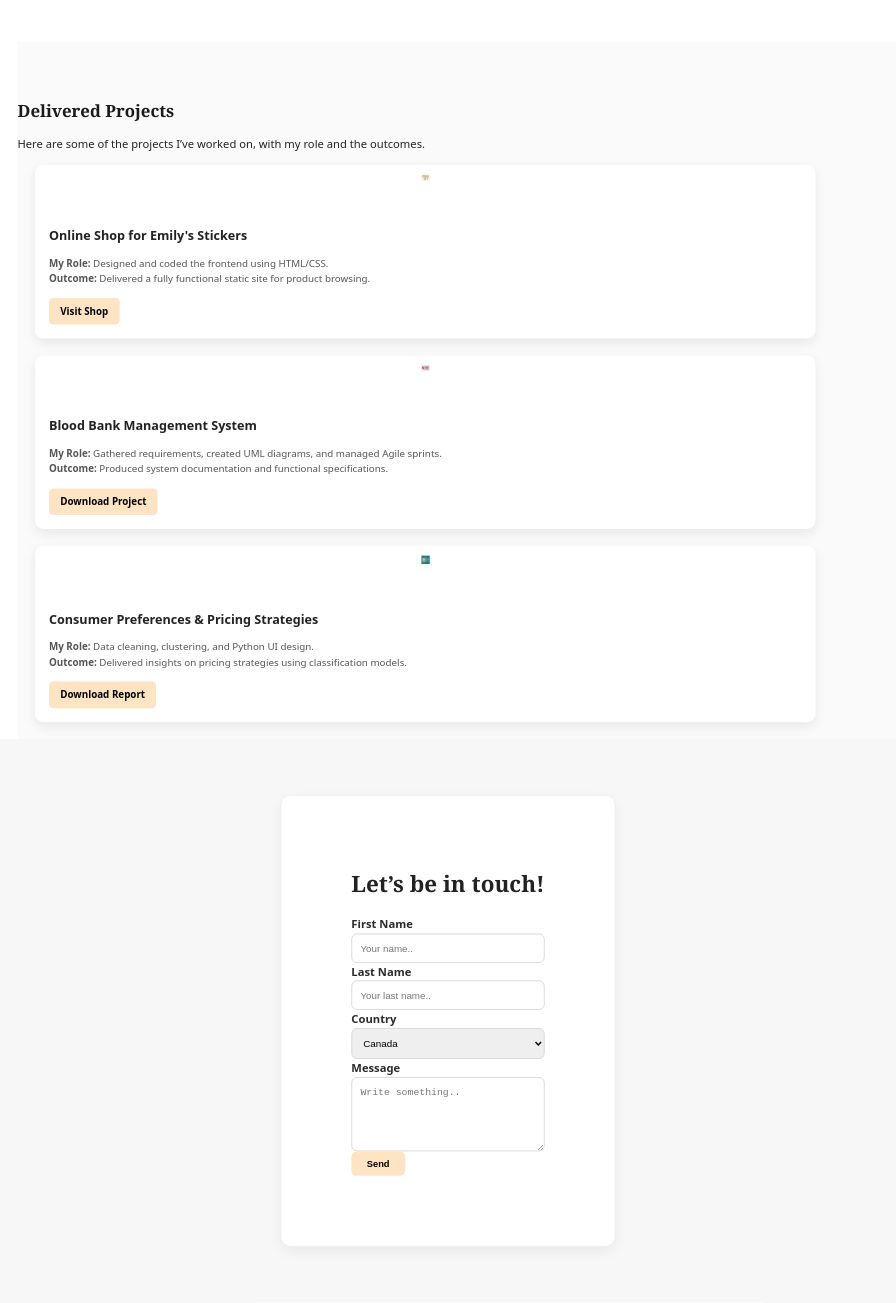
Repository: rozhinasaberi/MyPortfolio
Page: /login (app in client/)
The author's editor kept a copy of each file at every save. The page is drawn from the files as they stood at one save, then again after a run of saves.
The browser window is 1280 px wide. The pictures show the part of the page from y = 3214 to 5134 px (the page is 5075 px tall before and 5308 px after), at 70% of full size.
The project was rebuilt for these pictures with package versions that can differ from the ones it lists, and the page was loaded fresh each time.

Above is the page before, as saved 2025-09-17 06:15:13.

### client/index.html
<!doctype html>
<html lang="en">
  <head>
    <meta charset="UTF-8" />
    <link rel="icon" type="image/svg+xml" href="/vite.svg" />
    <meta name="viewport" content="width=device-width, initial-scale=1.0" />
    <title>Vite + React</title>
  </head>
  <body>
    <div id="root"></div>
    <script type="module" src="/src/main.jsx"></script>
    <script src="https://cdn.jsdelivr.net/npm/bootstrap@5.2.3/dist/js/bootstrap.bundle.min.js" crossorigin="anonymous"></script>

  </body>
</html>

### client/src/main.jsx
import React from "react";
import ReactDOM from "react-dom/client";
import App from "./App.jsx";
import "./midterm1.css"; // ✅ make sure CSS is loaded

ReactDOM.createRoot(document.getElementById("root")).render(
  <React.StrictMode>
    <App />
  </React.StrictMode>
);

### client/src/App.jsx
import React from "react";
import logo from "./assets/logo.png";
import photo from "./assets/photo.jpg";
import "./midterm1.css";
import shop from "./assets/shop.png";
import bloodbank from "./assets/bloodbank.png";
import price from "./assets/price.png";


export default function App() {
  return (
    <>
      {/* ===== Navbar ===== */}
      <header id="header" className="fixed-top">
        <nav className="navbar container">
          {/* Logo */}
          <a href="#home" className="navbar-brand d-flex align-items-center gap-2">
            <img src="src/assets/logo.png" alt="Rojina Logo" style={{ height: 40 }} />
            <span className="brand-text"></span>
          </a>

          <ul className="nav ms-auto">
            <li className="nav-item"><a className="nav-link" href="#home">Home</a></li>
            <li className="nav-item"><a className="nav-link" href="#about">About Me</a></li>
            <li className="nav-item"><a className="nav-link" href="#services">Services</a></li>
            <li className="nav-item"><a className="nav-link" href="#projects">Projects</a></li>
            <li className="nav-item"><a className="nav-link" href="#form">Contact</a></li>
          </ul>
        </nav>
      </header>

      {/* ===== Hero Section ===== */}
      <section id="home" className="home">
        <div className="container h-100">
          <div className="row h-100 hero-row">
            {/* Photo Left */}
            <div className="container">
    <h1>Welcome to My Portfolio</h1>
    <p className="lead">
      Hi, I’m <strong>Rojina Saberi</strong>. I want to contribute my abilities to a forward thinking firm that values innovation, cooperation, and growth.
    </p>
    <p className="mission"> My mission is to leverage technology to create impactful, efficient, and meaningful digital experiences.

    </p>
    <a href="#about" className="btn btn-visitpage">
      Learn More About Me
    </a>
  </div>
          </div>
        </div>
      </section>
      <section id="home" className="home-section text-center">

</section>

{/* ABOUT Section */}
<section id="about" className="aboutsection about-stack">
  <div className="container">
    <div className="about-stack-inner">
      {/* Photo TOP */}
      <img src="src/assets/photo.jpg" alt="Rojina" className="hero-photo" />

      {/* Name */}
      <h1 className="hero-title">Rojina Saberi</h1>

      {/* Short subtitle */}
      <p className="hero-subtitle">Software Developer and IT Analyst</p>

      {/* Socials */}
      <div className="list-social">
        <a href="#"><i className="bi bi-facebook"></i></a>
        <a href="#"><i className="bi bi-twitter"></i></a>
        <a href="https://www.linkedin.com/in/rojinasaberi/"><i className="bi bi-linkedin"></i></a>
      </div>
    </div>

    {/* About container below profile */}
    <div className="about-container">
      <h2>
      Detail-oriented and solution-driven IT expert with a solid background in technical support, system administration, and enterprise
technologies, as well as hands-on experience resolving user issues in fast-paced work environments. With a degree in information
technology from York University and hands-on expertise gained through a high-impact internship at Green Infrastructure
Partners, I provide a unique combination of academic knowledge and practical experience. I am an expert in Microsoft 365,
Active Directory, Intune, and network support, and I specialize at translating technical issues into clear, effective solutions for
customers. I am known for my flexibility, communication skills, and enthusiasm for continuous development, and I am dedicated
to improving operational efficiency and providing safe, efficient IT infrastructure.
      </h2>
      <p>
        Seeking opportunities to provide IT and administrative support for infrastructure,
        project management, or application teams.
      </p>
      <a href="src/assets/Rojina-Saberi.pdf (1).pdf" className="btn-visitpage">Resume</a>
    </div>
  </div>
</section>



      {/* ===== Skills Section ===== */}
      <section id="services" className="Servicesection">
        <div className="container text-center">
          <h4 className="h4-heading">Services</h4>
          <p className="p-heading">
            Skilled in Python, C, Java, JavaScript, HTML, CSS, and database management (MySQL).
            Experienced with VS Code, SQL Developer, Eclipse, and MDM tools.
          </p>

          <div className="row g-3">
            <div className="col-md-3"><div className="text-box"><h4>Technical Support & Helpdesk</h4><p>Friendly, fast resolution for laptops, apps, accounts, and onboarding.</p>
          <ul>
            <li>Ticket triage & remote assistance</li>
            <li>User onboarding & knowledge sharing</li>
          </ul></div></div>
            <div className="col-md-3"><div className="text-box"><h4>Systems & Administration</h4> <p>Keep org systems healthy and compliant across users and devices.</p>
          <ul>
            <li>Active Directory, M365, Intune</li>
            <li>Asset & mobile device management</li>
          </ul></div></div>
            <div className="col-md-3"><div className="text-box"><h4>Networking & Security</h4><p>Stable connectivity with strong identity, access, and endpoint protection.</p>
          <ul>
            <li>LAN/WAN, VLANs, VPN, Cisco switches</li>
            <li>MFA, DLP, endpoint protection</li>
          </ul></div></div>
            <div className="col-md-3"><div className="text-box"><h4>Data & Cloud </h4><p>Backups, BI, and cloud services to keep your data useful and safe.</p>
          <ul>
            <li>Azure/AWS/GCP basics, VMware</li>
            <li>Backups, security, and BI dashboards</li>
          </ul></div></div>
          <div className="col-md-3"><div className="text-box"><h4>Software Development</h4><p>From scripts to web apps with clean APIs and secure data access.</p>
          <ul>
            <li>Python, Java, JavaScript (React/Node)</li>
            <li>MySQL/Oracle/MongoDB, REST APIs</li>
          </ul></div></div>
          <div className="col-md-3"><div className="text-box"><h4>Networking & Security</h4><p>Stable connectivity with strong identity, access, and endpoint protection.</p>
          <ul>
            <li>LAN/WAN, VLANs, VPN, Cisco switches</li>
            <li>MFA, DLP, endpoint protection</li>
          </ul></div></div>
          <div className="col-md-3"><div className="text-box"><h4>Documentation & Process</h4><p>Clear docs and Agile habits so teams move quickly and consistently.</p>
          <ul>
            <li>Runbooks, SOPs, A/B fixes & retros</li>
            <li>JIRA, ServiceNow, Notion, MS Project</li>
          </ul></div></div>

          </div>
        </div>
      </section>

      {/* ===== Projects Section ===== */}
      <section id="projects" className="Projectsection">
  <div className="container">
    <h2 className="h2-heading">Delivered Projects</h2>
    <p className="p-heading">Here are some of the projects I’ve worked on, with my role and the outcomes.</p>

    <div className="row g-4">
      {/* Project 1 */}
      <div className="col-lg-4 col-md-6">
        <div className="card project-card">
          <img src={shop} className="card-img-top" alt="Sticker Shop" />
          <div className="card-body">
            <h5 className="card-title">Online Shop for Emily's Stickers</h5>
            <p className="card-text">
              <strong>My Role:</strong> Designed and coded the frontend using HTML/CSS.
              <br />
              <strong>Outcome:</strong> Delivered a fully functional static site for product browsing.
            </p>
            <a href="https://rozhinasaberi.github.io/ITEC3020a1/" className="btn btn-visitpage">Visit Shop</a>
          </div>
        </div>
      </div>

      {/* Project 2 */}
      <div className="col-lg-4 col-md-6">
        <div className="card project-card">
          <img src={bloodbank} className="card-img-top" alt="Blood Bank" />
          <div className="card-body">
            <h5 className="card-title">Blood Bank Management System</h5>
            <p className="card-text">
              <strong>My Role:</strong> Gathered requirements, created UML diagrams, and managed Agile sprints.
              <br />
              <strong>Outcome:</strong> Produced system documentation and functional specifications.
            </p>
            <a href="src/assets/Project_07_Full Plan_WomenInTech.docx.pdf" className="btn btn-visitpage">Download Project</a>
          </div>
        </div>
      </div>

      {/* Project 3 */}
      <div className="col-lg-4 col-md-6">
        <div className="card project-card">
          <img src={price} className="card-img-top" alt="McDonald's Data Analysis" />
          <div className="card-body">
            <h5 className="card-title">Consumer Preferences & Pricing Strategies</h5>
            <p className="card-text">
              <strong>My Role:</strong> Data cleaning, clustering, and Python UI design.
              <br />
              <strong>Outcome:</strong> Delivered insights on pricing strategies using classification models.
            </p>
            <a href="src/assets/ITEC 4230 Report.pdf" className="btn btn-visitpage">Download Report</a>
          </div>
        </div>
      </div>
    </div>
  </div>
</section>


      {/* ===== Contact Section ===== */}
      <section id="form">
        <div className="container">
          <h2 className="text-center mb-4">Let’s be in touch!</h2>
          <form onSubmit={(e) => e.preventDefault()} className="mx-auto" style={{ maxWidth: 720 }}>
            <div className="mb-3">
              <label htmlFor="fname" className="form-label">First Name</label>
              <input type="text" className="form-control" id="fname" placeholder="Your name.." />
            </div>
            <div className="mb-3">
              <label htmlFor="lname" className="form-label">Last Name</label>
              <input type="text" className="form-control" id="lname" placeholder="Your last name.." />
            </div>
            <div className="mb-3">
              <label htmlFor="country" className="form-label">Country</label>
              <select id="country" className="form-select" defaultValue="canada">
                <option value="canada">Canada</option>
                <option value="uk">UK</option>
                <option value="usa">USA</option>
              </select>
            </div>
            <div className="mb-3">
              <label htmlFor="subject" className="form-label">Message</label>
              <textarea id="subject" className="form-control" placeholder="Write something.." rows="5"></textarea>
            </div>
            <button type="submit" className="btn btn-visitpage">Send</button>
          </form>
        </div>
      </section>
    </>
  );
}

### client/src/midterm1.css
/* ===========================
   Global / Base
   =========================== */
   :root {
    --header-h: 70px;
    --accent: bisque;
    --text: #222;
    --muted: #555;
    --bg: #fff;
    --bg-soft: #f7f7f7;
    --bg-alt: #fafafa;
  }

  * { box-sizing: border-box; }
  html, body { height: 100%; }

  body {
    margin: 0;
    font-family: "Poppins", system-ui, -apple-system, Segoe UI, Roboto, Arial, sans-serif;
    color: var(--text);
    background: var(--bg);
    line-height: 1.6;
    padding-top: var(--header-h);   /* clears fixed header */
  }

  h1, h2, h3, h4 {
    font-family: "Playfair Display", Georgia, serif;
    color: #1a1a1a;
    margin: 0 0 .5rem 0;
  }

  /* Container max width harmony with Bootstrap */
  .container { max-width: 1140px; }

  /* ===========================
     Header / Navbar
     =========================== */
  #header {
    position: fixed;
    top: 0; left: 0; right: 0;
    height: var(--header-h);
    background: var(--accent);
    display: flex;
    align-items: center;
    z-index: 1000;
    box-shadow: 0 2px 8px rgba(0,0,0,.08);
  }

  .logo img {
    max-height: 40px; }

  .navbar ul {

    margin: 0; padding: 0;
    list-style: none;
    display: flex; align-items: center; gap: 18px;
  }

  .navbar a, .nav-link {

    margin-left: 20px;
    text-decoration: none;
    font-size: 14px;
    font-weight: 600;
    color: #444 !important;
    transition: color .2s ease;
  }
  .navbar a:hover { color: #000 !important; }

  /* ===========================
     Hero (intro) — full height
     =========================== */
  .home {

    display: flex;
    min-height: 100vh;               /* fill viewport */
    align-items: center;
    justify-content: center;
    margin-left: 20px;

  }
  .home-section {
    background: #fafafa;
    margin-top: -100px;

  }

  .home-section h1 {
    font-size: 36px;
    margin-bottom: 16px;
    color: #222;
  }

  .home-section .lead {
    font-size: 18px;
    color: #555;
    margin-bottom: 20px;
  }

  .home-section .mission {
    font-size: 16px;
    font-style: italic;
    color: #444;
    margin-bottom: 30px;
  }

  .home-section .btn-visitpage {
    background: bisque;
    border-radius: 8px;
    padding: 12px 24px;
    font-weight: bold;
  }

  .hero-photo {
    max-width: 220px;       /* nice medium size */
    width: 100%;
    height: auto;
    border-radius: 12px;
    margin: 0 auto 20px auto;   /* center photo + spacing below */
    display: block;
    object-fit: cover;
    box-shadow: 0 6px 16px rgba(0,0,0,.12);
  }


  .hero-title {
    font-size: clamp(28px, 4vw, 36px);
    font-weight: 700;
    color: #222;
    margin-bottom: 8px;
  }
  .hero-subtitle {
    font-size: 18px;
    color: #555;
    margin-bottom: 20px;
  }


  .list-social { display: flex; gap: 14px; }
  .list-social a {
    font-size: 20px;
    color: #333 !important;
    text-decoration: none;
  }
  .list-social a:hover { color: #000 !important; }




  /* ===========================
     About — full height card
     =========================== */
  .aboutsection {
    background: var(--bg-soft);
    min-height: 100vh;               /* fill viewport */
    display: flex;
    align-items: center;
    justify-content: center;
    padding: 60px 0;
    margin-top: -140px;

  }

  .about-container {
    align-items: center;
    justify-content: center;

    background: #fff;
    border-radius: 12px;
    border: 1px solid #eee;
    box-shadow: 0 10px 24px rgba(0,0,0,.06);
    padding: 40px 32px;
    text-align: left;
  }

  .about-container h2 {
    font-size: clamp(18px, 2.5vw, 22px);  /* smaller heading */
    color: #222;
    margin-bottom: 12px;
    line-height: 1.4;
  }
  .about-container p {
    margin: 0 0 18px 0;
    color: var(--muted);
    line-height: 1.7;
  }



  /* Button */
  .btn-visitpage {
    display: inline-block;
    background: var(--accent);
    border: none;
    color: #000;
    font-weight: 600;
    padding: 10px 22px;
    border-radius: 8px;
    text-decoration: none;
    transition: background .2s ease, transform .05s ease;
  }
  .btn-visitpage:hover { background: #e6cfa9; }
  .btn-visitpage:active { transform: scale(.98); }

  /* ===========================
     Skills / Services section
     =========================== */
  .Servicesection {

    background: #fff;
    padding: 80px 0;
    min-height: 100vh;               /* fill viewport */
    display: flex;
    align-items: center;
    justify-content: center;
    margin-top: -80px;

  }
  .Servicesection .h4-heading {
    text-align: center;
    margin-bottom: 8px;
  }
  .Servicesection .p-heading {
    text-align: center;
    margin-bottom: 28px;
    color: var(--muted);
  }
  .text-box {
    padding: 24px 16px;
    border: 2px solid beige;
    border-radius: 10px;
    background: #fff;
    text-align: center;
    height: 100%;
  }

  /* ===========================
     Projects
     =========================== */
/* ===========================
   Projects Section
   =========================== */
   .Projectsection {
    padding: 80px 0;
    background: #fafafa;
    margin-left: 25px;
  }

  .Projectsection .row {
    margin: 0 -12px;         /* balance spacing */
  }

  .Projectsection .col-lg-4,
  .Projectsection .col-md-6 {
    padding: 0 12px;         /* horizontal gap between cards */
    margin-bottom: 24px;     /* vertical spacing */
    margin-left: 25px;
  }

  .project-card {
    border: none;
    border-radius: 12px;
    overflow: hidden;
    background: #fff;
    box-shadow: 0 6px 16px rgba(0,0,0,.08);
    transition: transform .2s ease, box-shadow .2s ease;
  }

  .project-card:hover {
    transform: translateY(-5px);
    box-shadow: 0 10px 22px rgba(0,0,0,.12);
  }


.Projectsection .card-img-top,
#Project .card-img-top {
  max-width: 20px !important;
  max-height: 20px !important;

  object-fit: contain;
  display: block;
  margin: 10px auto;
  padding: 4px;
  background: #fff;
}



  .project-card .card-body {
    padding: 20px;
    text-align: left;
  }

  .project-card .card-title {
    font-size: 18px;
    font-weight: 600;
    margin-bottom: 10px;
  }

  .project-card .card-text {
    font-size: 14px;
    color: #555;
    margin-bottom: 16px;
  }

  .project-card .btn-visitpage {
    background: bisque;
    border: none;
    padding: 8px 16px;
    font-size: 14px;
    border-radius: 6px;
    font-weight: 600;
    transition: background .2s ease;
  }

  .project-card .btn-visitpage:hover {
    background: #e6cfa9;
  }


  /* ===========================
     Contact / Form
     =========================== */
 /* ===========================
   Contact / Form
   =========================== */
#form {
    background: #f7f7f7;        /* light grey to separate section */
    padding: 80px 0;
    min-height: 100vh;               /* fill viewport */
    display: flex;
    align-items: center;
    justify-content: center;
    margin-top: -80px;

  }

  #form .container {
    max-width: 900px;
    background: #fff;
    border-radius: 14px;
    border: 1px solid #eee;
    box-shadow: 0 8px 20px rgba(0,0,0,.06);
    padding:  100px;
  }
  #form .row {
    display: flex;
    flex-direction: column;   /* stack items vertically */
    gap: 16px;                /* spacing between boxes */
  }

  #form .item-form,
  #form .subject-form {
    width: 100%;
    margin: 0;                /* remove left/right float spacing */
  }

  #form input[type="text"],
  #form select,
  #form textarea {
    width: 100%;              /* make every box full-width */
    display: block;
  }
  #form h2 {
    font-family: "Playfair Display", Georgia, serif;
    font-size: clamp(22px, 3vw, 32px);
    text-align: center;
    margin-bottom: 20px;
    color: #222;
  }

  #form p {
    text-align: center;
    color: #666;
    margin-bottom: 30px;
  }

  #form .form-label {
    font-weight: 600;
    margin-bottom: 6px;
    color: #2b2b2b;
  }

  #form .form-control,
  #form .form-select,
  #form textarea {
    border: 1px solid #ccc;
    border-radius: 8px;
    padding: 12px;
    font-size: 14px;
    transition: border-color .2s ease, box-shadow .2s ease;
  }

  #form .form-control:focus,
  #form .form-select:focus,
  #form .form-select:focus {
    outline: none;
    border-color: #c9a873;
    box-shadow: 0 0 0 4px rgba(201,168,115,.15);
  }

  #form .contact-actions {
    margin-top: 20px;
    text-align: right;
  }

  #form .btn-visitpage {
    background: bisque;
    color: #000;
    font-weight: 600;
    border-radius: 8px;
    padding: 10px 22px;
    transition: background .2s ease, transform .05s ease;
  }

  #form .btn-visitpage:hover {
    background: #e6cfa9;
  }
  #form .btn-visitpage:active {
    transform: scale(.98);
  }

After the next 2 saves:
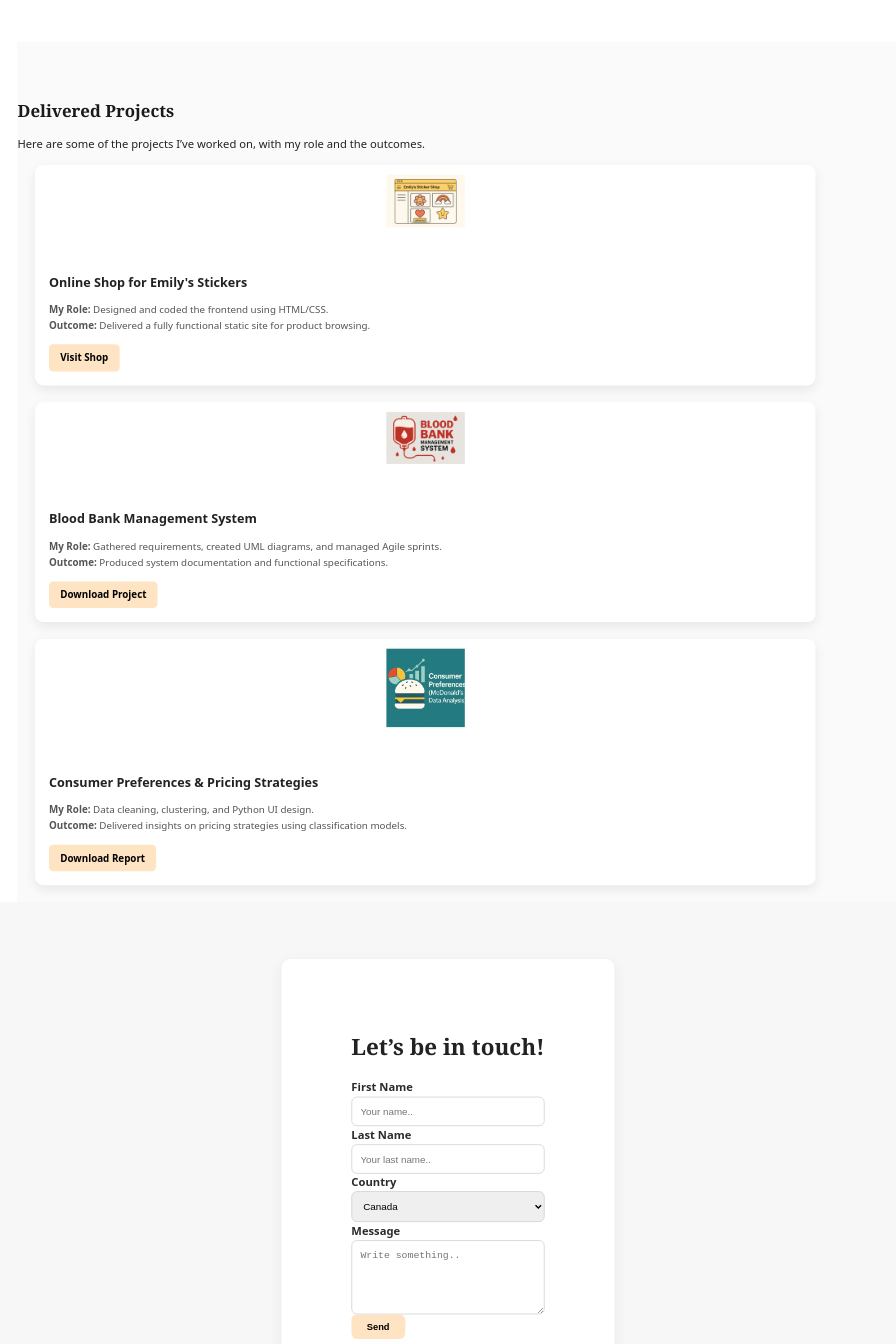
The 2 saves are shown as one change because they came seconds apart.
The last was saved 7 s later.
--- a/client/src/midterm1.css
+++ b/client/src/midterm1.css
@@ -274,8 +274,8 @@
 
 .Projectsection .card-img-top,
 #Project .card-img-top {
-  max-width: 20px !important;
-  max-height: 20px !important;
+  max-width: 120px !important;
+  max-height: 120px !important;
 
   object-fit: contain;
   display: block;
